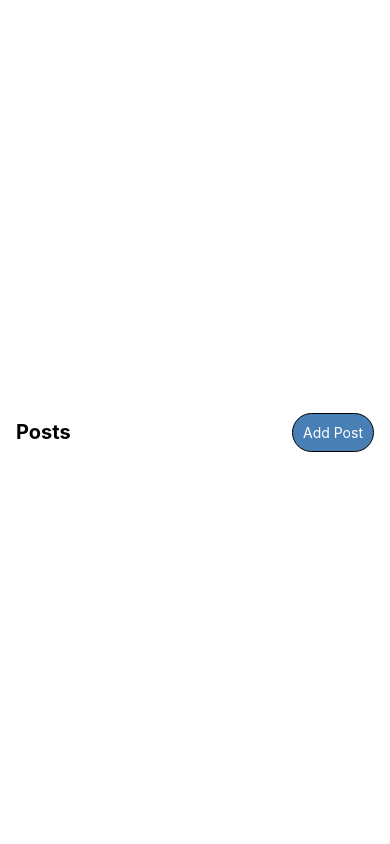
Repository: ntu34543/React-Native
Screen: / (app in demo/)
These files come from the project's save history. The screen is drawn as it stood at one moment and after the next save; the edit follows.
The page's requests for data from a server got no answer. The app was drawn by React Native's web renderer in a window 390 px wide. The project was rebuilt for these pictures with package versions that can differ from the ones it lists, and the page was loaded fresh each time. No one was signed in, and anything a server would have sent is missing. Also part of the build but not shown: demo/src/components/PostCardItem.js.

Above is the screen before, as saved 2022-09-13 15:00:10.

### demo/App.js
import { StatusBar } from "expo-status-bar";
import { useEffect, useState } from "react";
import {
  Button,
  FlatList,
  StyleSheet,
  Text,
  View,
  TouchableOpacity,
  ActivityIndicator,
  SafeAreaView,
  Platform,
  TextInput,
} from "react-native";
import { AntDesign } from "@expo/vector-icons";
import ModalView from "./src/components/ModalView";
import PostCardItem from "./src/components/PostCardItem";

// update this url -> "<new_ngrok_host_url>/posts"
const url = "https://6995-14-224-144-137.ap.ngrok.io/posts";

const headers = {
  "Content-Type": "application/json",
  Accept: "application/json",
};

export default function App() {
  const [data, setData] = useState([]);
  const [visible, setVisible] = useState(false);
  const [title, setTitle] = useState("");
  const [author, setAuthor] = useState("");
  const [postId, setPostId] = useState(0);
  const [loading, setLoading] = useState(false);

  const getPosts = async () => {
    setLoading(true);
    await fetch(url)
      .then((res) => res.json())
      .then((res) => {
        setData(res);
      })
      .catch((e) => console.log(e));
    setLoading(false);
  };

  const addPost = (title, author) => {
    fetch(url, {
      method: "POST",
      headers,
      body: JSON.stringify({
        author: author,
        title: title,
      }),
    })
      .then((res) => res.json())
      .then((resJson) => {
        console.log("post:", resJson);
        updatePost();
      })
      .catch((e) => {
        console.log(e);
      });
  };

  const editPost = (postId, title, author) => {
    fetch(url + `/${postId}`, {
      method: "PUT",
      headers,
      body: JSON.stringify({
        author: author,
        title: title,
      }),
    })
      .then((res) => res.json())
      .then((resJson) => {
        console.log("updated:", resJson);
        updatePost();
      })
      .catch((e) => {
        console.log(e);
      });
  };

  const deletePost = (postId) => {
    fetch(url + `/${postId}`, {
      method: "DELETE",
      headers: {
        "Content-Type": "application/json",
        Accept: "application/json",
      },
    })
      .then((res) => res.json())
      .then((resJson) => {
        console.log("delete", resJson);
        getPosts();
      })
      .catch((e) => console.error(e));
  };

  const updatePost = () => {
    getPosts();
    setVisible(false);
    setAuthor("");
    setTitle("");
    setPostId(0);
  };

  const edit = (id, title, author) => {
    setVisible(true);
    setPostId(id);
    setTitle(title);
    setAuthor(author);
  };

  useEffect(() => {
    getPosts();
  }, []);

  return (
    <SafeAreaView style={styles.container}>
      <StatusBar style="auto" />
      <View style={styles.addPost}>
        <Text style={styles.title}>Posts</Text>
        <TouchableOpacity onPress={() => setVisible(true)}>
          <Text style={styles.btn}>Add Post</Text>
        </TouchableOpacity>
      </View>
      <View>
        <FlatList
        data={data}
        keyExtractor={(item, index) => item.id + index.toString()}
        refreshing={loading}
        onRefresh={getPosts}
        renderItem={({ item }) => {
          <PostCardItem
            title={item.title}
            author={item.author}
            onEdit={() => edit(item.id, item.title, item.author)}
            onDelete={() => deletePost(item.id)}
          />;
        }}
      />
      </View>
      <ModalView
        visible={visible}
        title="Add Post"
        onDismiss={() => setVisible(false)}
        onSubmit={() => {
          if (postId && title && author) {
            editPost(postId, title, author);
          } else {
            addPost(title, author);
          }
        }}
        cancelable
      >
        <TextInput
          label="Title"
          placeholder="Title..........................................................."
          value={title}
          onChangeText={(text) => setTitle(text)}
          mode="outlined"
          style={styles.TextInputAdd}
        />
        <TextInput
          label="Author"
          placeholder="Author......................................................."
          value={author}
          onChangeText={(text) => setAuthor(text)}
          mode="outlined"
          style={styles.TextInputAdd}
        />
      </ModalView>
    </SafeAreaView>
  );
}

const styles = StyleSheet.create({
  container: {
    flex: 1,
    backgroundColor: "#fff",
    justifyContent: "center",
    margin: 16,
  },
  title: {
    fontSize: 20,
    fontWeight: "bold",
  },
  btn: {
    backgroundColor: "#4880b5",
    borderWidth: 1,
    borderRadius: 99,
    padding: 10,
    color: "white",
  },
  showItem: {
    borderWidth: 1,
    borderColor: "black",
    padding: 16,
    flexDirection: "row",
    justifyContent: "space-between",
    alignItems: "center",
  },
  addPost: {
    flexDirection: "row",
    justifyContent: "space-between",
    alignItems: "center",
    marginTop: 20,
  },
  TextInputAdd: {
    borderBottomWidth: 1,
    borderColor: "black",
    padding: 10,
  },
});

### demo/src/components/ModalView.js
import React from "react";
import { Modal, StyleSheet, Text, TouchableOpacity, View } from "react-native";

const ModalView = ({
  children,
  title,
  onSubmit,
  cancelable,
  visible = false,
  onDismiss,
  submitText = "Ok",
}) => {
  return (
    <Modal
      animationType="fade"
      transparent={true}
      visible={visible}
      onDismiss={onDismiss}
    >
      <View style={styles.centeredView}>
        <View style={styles.modalView}>
          <Text style={styles.modalText}>{title}</Text>
          <View>{children}</View>
          <View
            style={{
              alignSelf: "flex-end",
              alignItems: "center",
              flexDirection: "row",
            }}
          >
            {cancelable && (
              <TouchableOpacity
                style={{ ...styles.button, backgroundColor: "white" }}
                onPress={onDismiss}
              >
                <Text style={[styles.textStyle, { color: "#f44" }]}>
                  Cancel
                </Text>
              </TouchableOpacity>
            )}
            {onSubmit && (
              <TouchableOpacity style={styles.button} onPress={onSubmit}>
                <Text style={styles.textStyle}>{submitText}</Text>
              </TouchableOpacity>
            )}
          </View>
        </View>
      </View>
    </Modal>
  );
};

const styles = StyleSheet.create({
  centeredView: {
    flex: 1,
    justifyContent: "center",
    // marginHorizontal: 20,
    backgroundColor: "rgba(0,0,0,0.6)",
  },
  modalView: {
    margin: 30,
    backgroundColor: "white",
    borderRadius: 15,
    padding: 20,
    shadowColor: "#000",
    shadowOffset: {
      width: 0,
      height: 2,
    },
    shadowOpacity: 0.25,
    shadowRadius: 4,
    elevation: 5,
  },
  button: {
    borderRadius: 10,
    padding: 10,
    elevation: 1,
    paddingHorizontal: 20,
    marginTop: 20,
    backgroundColor: "#f44",
    marginLeft: 10,
  },
  textStyle: {
    color: "white",
    fontWeight: "bold",
    textAlign: "center",
  },
  modalText: {
    marginBottom: 8,
  },
});

export default ModalView;

After the next save:
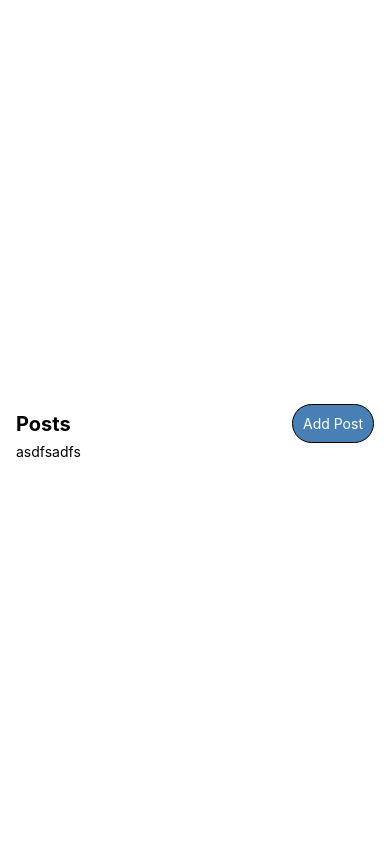
Saved 21 s later.
--- a/demo/App.js
+++ b/demo/App.js
@@ -140,6 +140,7 @@ export default function App() {
           />;
         }}
       />
+      <Text>asdfsadfs</Text>
       </View>
       <ModalView
         visible={visible}
